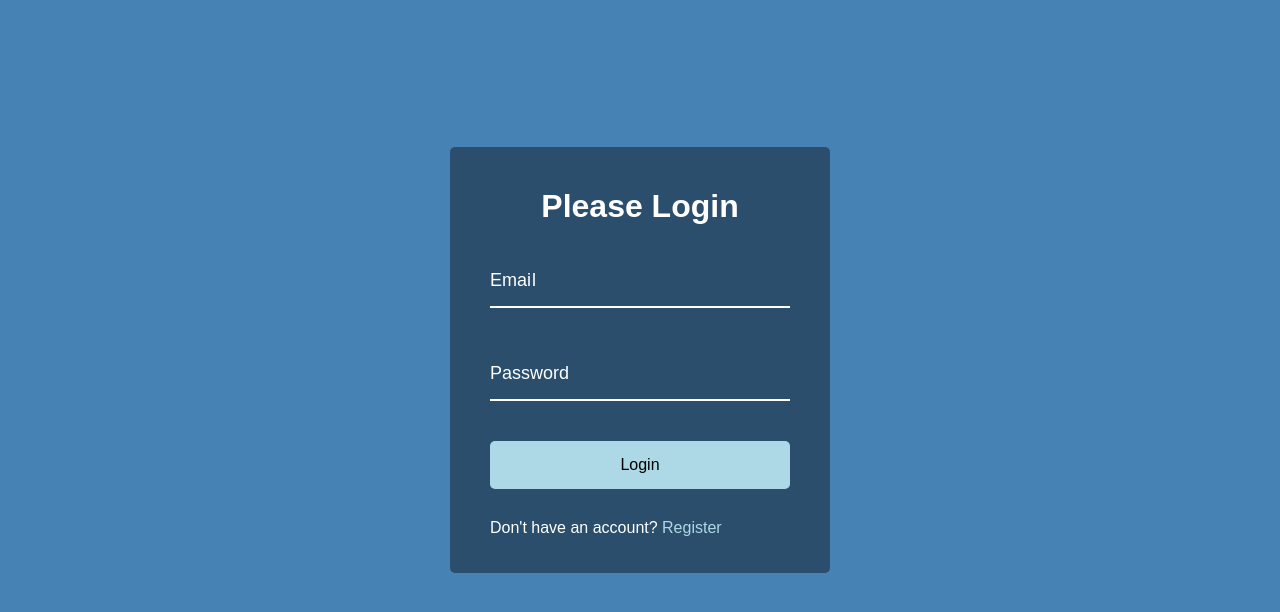
Repository: MMXiaohang/50projects50days-copy
Page: 8-form-input-wave/1-index.html
The author's editor kept a copy of each file at every save. The page is drawn from the files as they stood at one save, then again after the next save.
The browser window is 1280 px wide. The pictures show the whole page.
Some web fonts or font styles are not loaded; a fallback is used.

Above is the page before, as saved 2022-07-05 23:55:46.

After the next save:
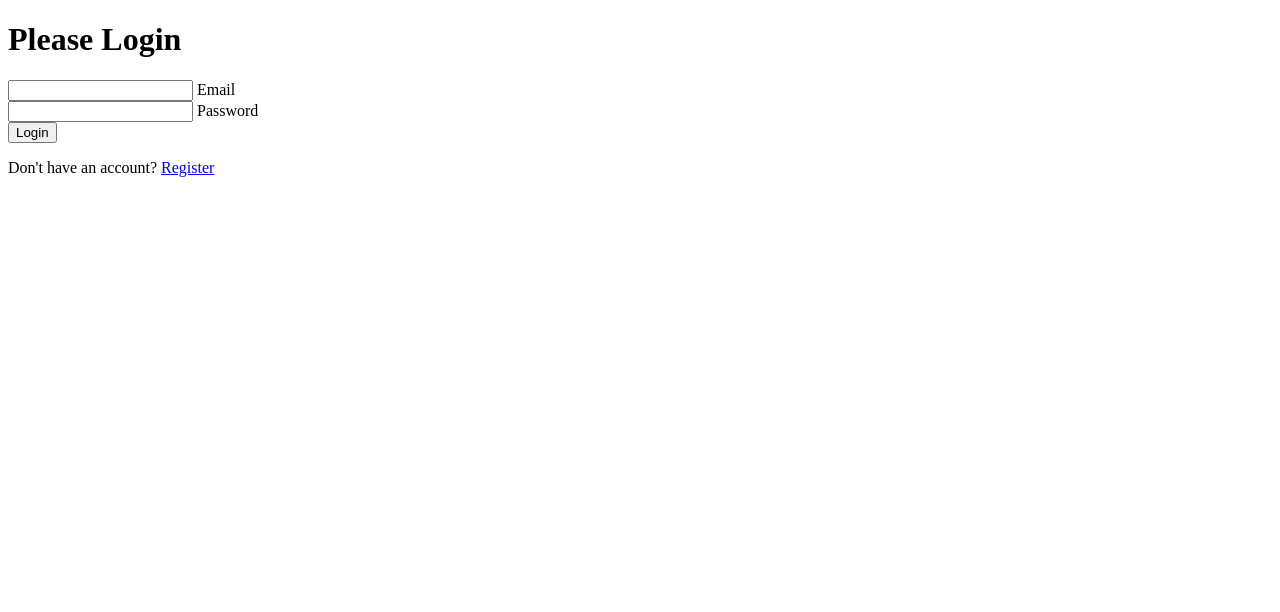
Saved 8 s later.
--- a/8-form-input-wave/1-index.html
+++ b/8-form-input-wave/1-index.html
@@ -3,7 +3,7 @@
   <head>
     <meta charset="UTF-8" />
     <meta name="viewport" content="width=device-width, initial-scale=1.0" />
-    <link rel="stylesheet" href="style.css" />
+    <link rel="stylesheet" href="1-style.css" />
     <title>Form Input Wave</title>
   </head>
   <body>
@@ -22,6 +22,6 @@
         <p class="text">Don't have an account? <a href="#">Register</a> </p>
       </form>
     </div>
-    <script src="script.js"></script>
+    <script src="1-script.js"></script>
   </body>
 </html>
